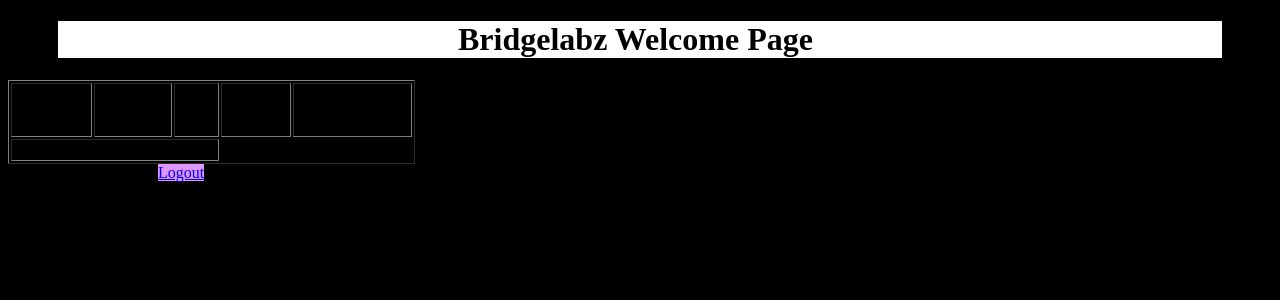
Repository: MarkFernandes11/Advanced-Java
Page: http://localhost/Login/welcome.jsp
The author's editor kept a copy of each file at every save. The page is drawn from the files as they stood at one save, then again after the next save.
The browser window is 1280 px wide. The pictures show the whole page.
The page is served by Tomcat 9. Other server files are loaded and not shown.

Above is the page before, as saved 2019-09-26 12:50:40.

### Login/WebContent/welcome.jsp
<%@page import="java.util.ArrayList"%>
<%@page import="java.util.List"%>
<%@page import="com.login.User"%>
<%@page import="java.util.ListIterator"%>
<%@ page language="java" contentType="text/html; charset=UTF-8"
    pageEncoding="UTF-8"%>
<!DOCTYPE html>
<html>
<head>
<meta charset="UTF-8">
<title>Insert title here</title>
<link rel="stylesheet" type="text/css" href="stylesheet.css">
</head>
<body>
	<header>
			<h1>Bridgelabz Welcome Page</h1>
	</header>

	<table border="1px solid #000;">
		<tr>
			<th><b><p>First Name</p></b></th>
			<th><b><p>Last Name</p></b></th>
			<th><b><p>Email</p></b></th>
			<th><b><p>Password</p></b></th>
			<th><b><p>Contact Number</p></b></th>
		</tr>

		<%List<User> list = (ArrayList<User>)request.getAttribute("userlist");

		if(list != null)	{

		for(User u : list)
			{
			%>
			<tr>
			<!-- <td colspan=3>User list </td> -->
				<td colspan="1"><% out.print(u.getFirstname());%></td>
				<td colspan="1"><% out.print(u.getLastname());%></td>
				<td colspan="1"><% out.print(u.getEmail());%></td>
				<td colspan="1"><% out.print(u.getPassword());%></td>
				<td colspan="1"><% out.print(u.getContactNumber());%></td>
			</tr>
		<%
			}
		}else{
		%>
		<tr>
			<td colspan=3>User list User list is empty
		</td>
		</tr>
		<%} %>
	</table>

	<a href="login.jsp">Logout</a>
</body>
</html>

### Login/WebContent/stylesheet.css
@charset "UTF-8";

*{
	background-color: #000;
}

body{
	font: #d5ff2d;
}

form{
	border: 2px solid #fff;
	border-radius: 10px;
	background-color: #777;
	width: 500px;
	margin-left: auto;
	margin-right: auto;
	margin-bottom: 20px;
}

p{
	font: #d5ff2d;
}

header{
	margin-left: auto;
	margin-right: auto;
}

h1{

	background-color: #fff;
	padding-left: 400px;
	padding-right: auto;
	margin-left: 50px;
	margin-right: 50px;
}

input {
	background-color: #1af9b7;
	margin-left: 150px;
}

span{
	background-color: #777;
	margin-right: 50px;
}

.button{
	background-color: #96f5ff;
	margin-left: 40px;
}

.buttonSub{
	background-color: #96f5ff;
	margin-left: 150px;
}

a{
	background-color: #e096ff;
	margin-left: 150px;

}

After the next save:
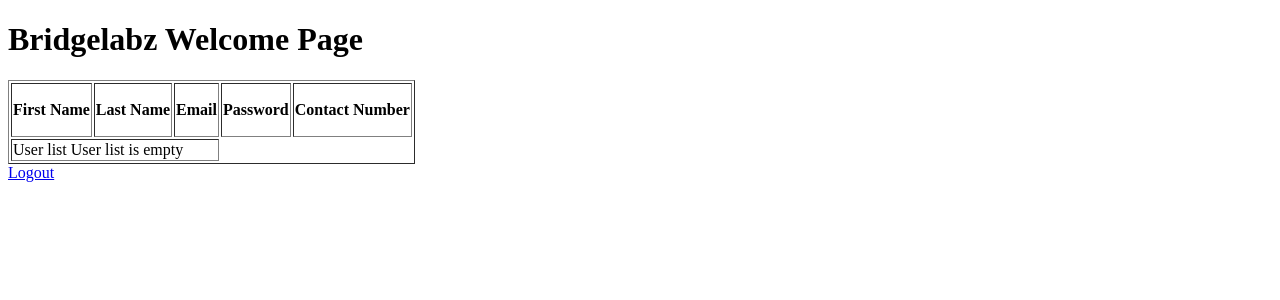
Saved 2 min 6 s later.
--- a/Login/WebContent/welcome.jsp
+++ b/Login/WebContent/welcome.jsp
@@ -9,7 +9,7 @@
 <head>
 <meta charset="UTF-8">
 <title>Insert title here</title>
-<link rel="stylesheet" type="text/css" href="stylesheet.css">
+
 </head>
 <body>
 	<header>
